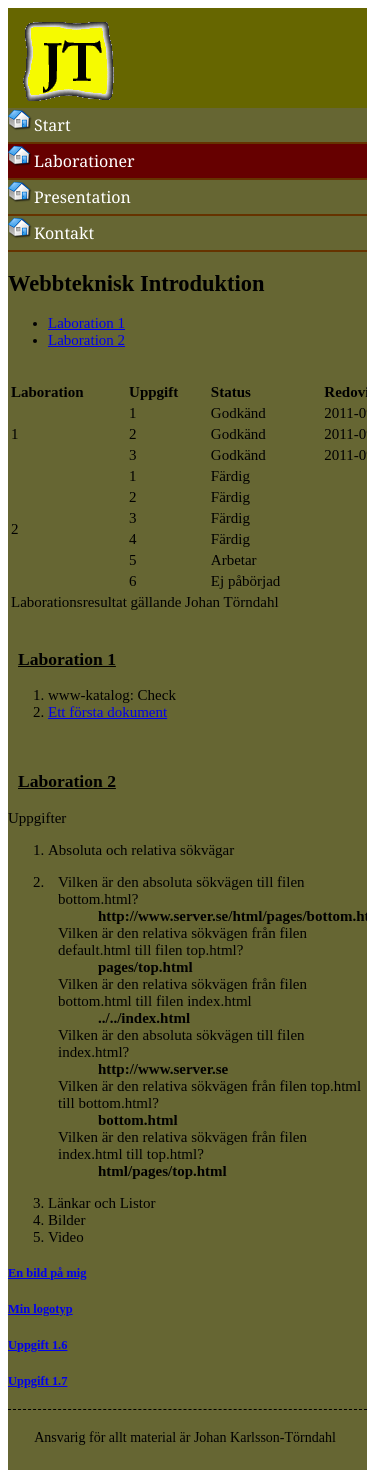
Repository: jt222ia/1ik415-jt222ia-laborationer
Page: pages/laborationer.html
The author's editor kept a record of every edit. The page is drawn from the files as they stood at one moment, then again after the next edit.
The browser window is 375 px wide. The pictures show the whole page.

Above is the page before.

After the next edit:
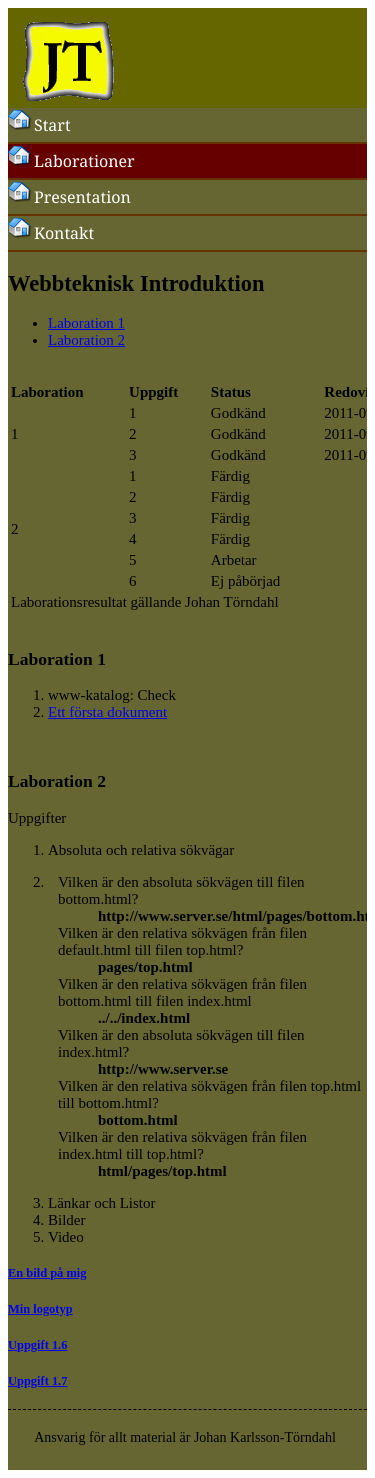
The edit:
--- a/css/sp.css
+++ b/css/sp.css
@@ -136,10 +136,6 @@
     text-align:left;
 }
 
-h3{
-    text-decoration:underline;
-    margin-left:10px;
-}
 dl {
     margin-left:10px;
 }

After the edit that followed:
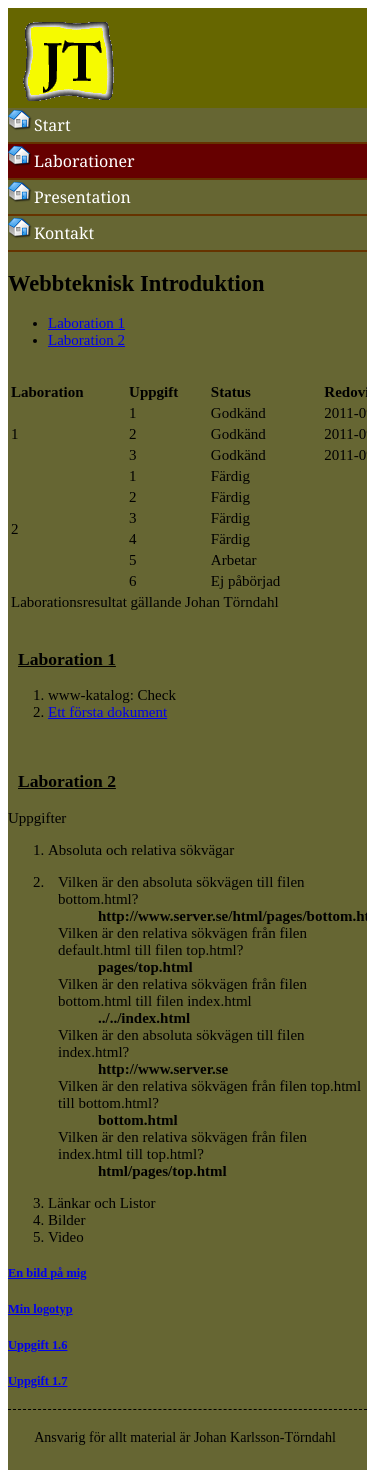
The edit:
--- a/css/sp.css
+++ b/css/sp.css
@@ -118,6 +118,11 @@
     padding:8px;
 }
 
+h3{
+    text-decoration:underline;
+    margin-left:10px;
+}
+
 hr {
     display:none;
 }
